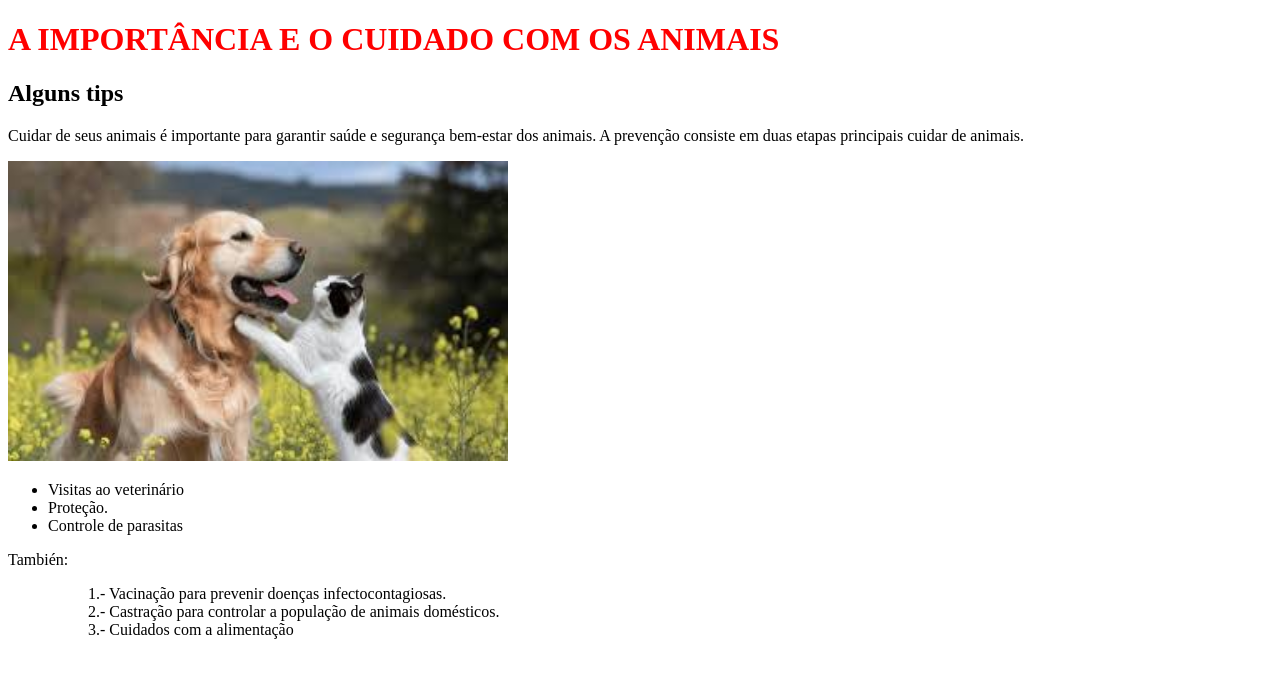
Repository: AnaFzCz/PROYECTOS-HTML---CSS2
Page: Ex_project_1/index.html
These files come from the project's save history. The page is drawn as it stood at one moment and after the next save; the edit follows.
The browser window is 1280 px wide. The pictures show the whole page.

Above is the page before, as saved 2025-01-20 07:01:41.

### Ex_project_1/index.html
<!DOCTYPE html>
<head>
    <title>Project_One</title>
    <meta charset="UTF-8">
</head>
<body>
    <h1 style="color:#FF0000">A IMPORTÂNCIA E O CUIDADO COM OS ANIMAIS</h1>
    <h2>Alguns tips</h2>
    <p>Cuidar de seus animais é importante para garantir saúde e segurança bem-estar dos animais. A prevenção consiste em duas etapas principais cuidar de animais.</p>
    <img src="animales.jpg" alt="animales" style="width:500px;height: 300px;">

    <ul>
        <li>Visitas ao veterinário</li>
        <li>Proteção.</li>
        <li>Controle de parasitas</li>
    </ul>
    <p> También:</p>
    <ul>
        <ol>1.- Vacinação para prevenir doenças infectocontagiosas.</ol>
        <ol>2.- Castração para controlar a população de animais domésticos.</ol>
        <ol>3.- Cuidados com a alimentação</ol>
    </ul>
</body>

After the next save:
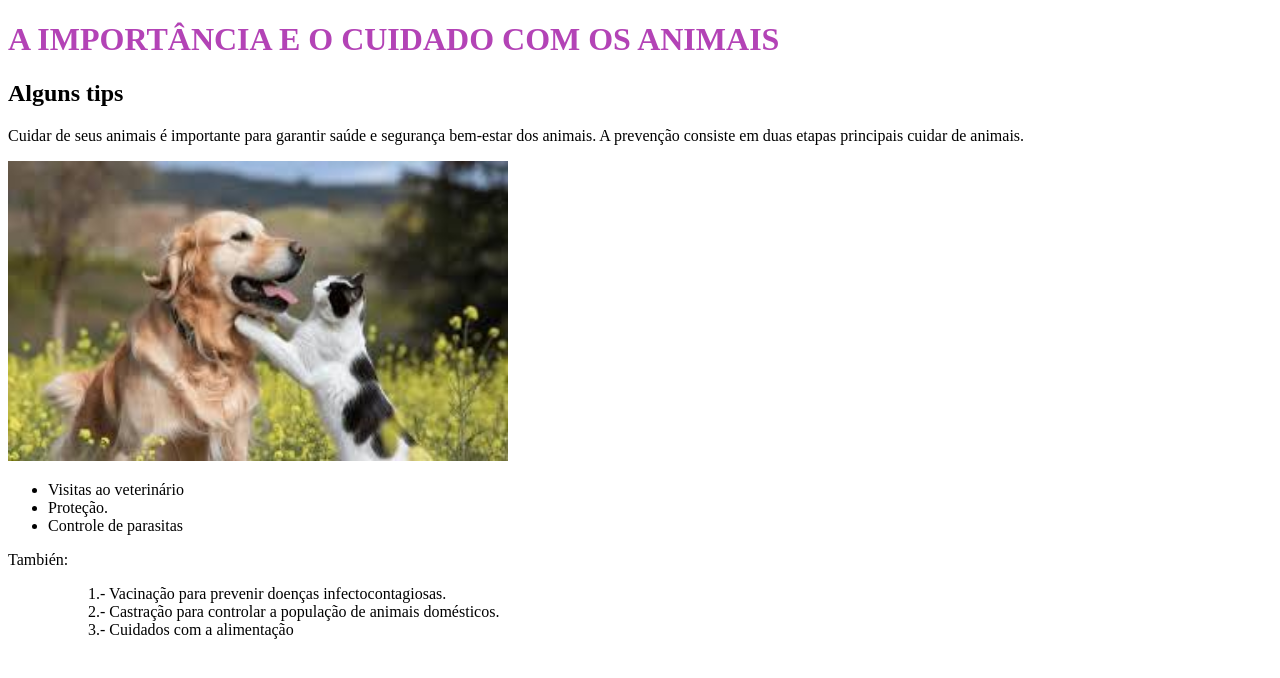
Saved 53 s later.
--- a/Ex_project_1/index.html
+++ b/Ex_project_1/index.html
@@ -4,7 +4,7 @@
     <meta charset="UTF-8">
 </head>
 <body>
-    <h1 style="color:#FF0000">A IMPORTÂNCIA E O CUIDADO COM OS ANIMAIS</h1>
+    <h1 style="color:#b343b6">A IMPORTÂNCIA E O CUIDADO COM OS ANIMAIS</h1>
     <h2>Alguns tips</h2>
     <p>Cuidar de seus animais é importante para garantir saúde e segurança bem-estar dos animais. A prevenção consiste em duas etapas principais cuidar de animais.</p>
     <img src="animales.jpg" alt="animales" style="width:500px;height: 300px;">
